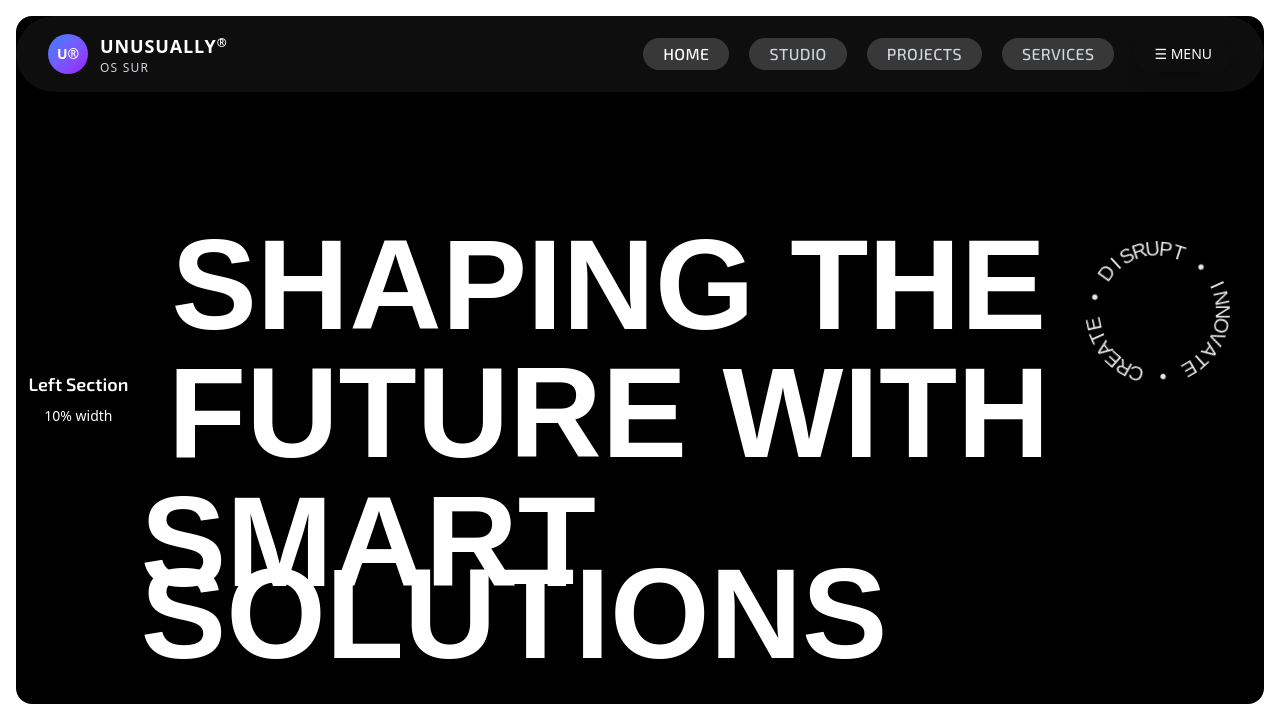
Repository: A-y-u-s-h-29/Digital-Express-India-With-Carrer-Page-And-RazorPay
Page: / (app in op/)
These files come from the project's save history. The page is drawn as it stood at one moment and after the next save; the edit follows.
The browser window is 1280 px wide. The pictures show the whole page.
Some web fonts or font styles are not loaded; a fallback is used. The project was rebuilt for these pictures with package versions that can differ from the ones it lists, and the page was loaded fresh each time. Also part of the build but not shown: op/vite.config.js.

Above is the page before, as saved 2025-12-04 15:31:39.

After the next save:
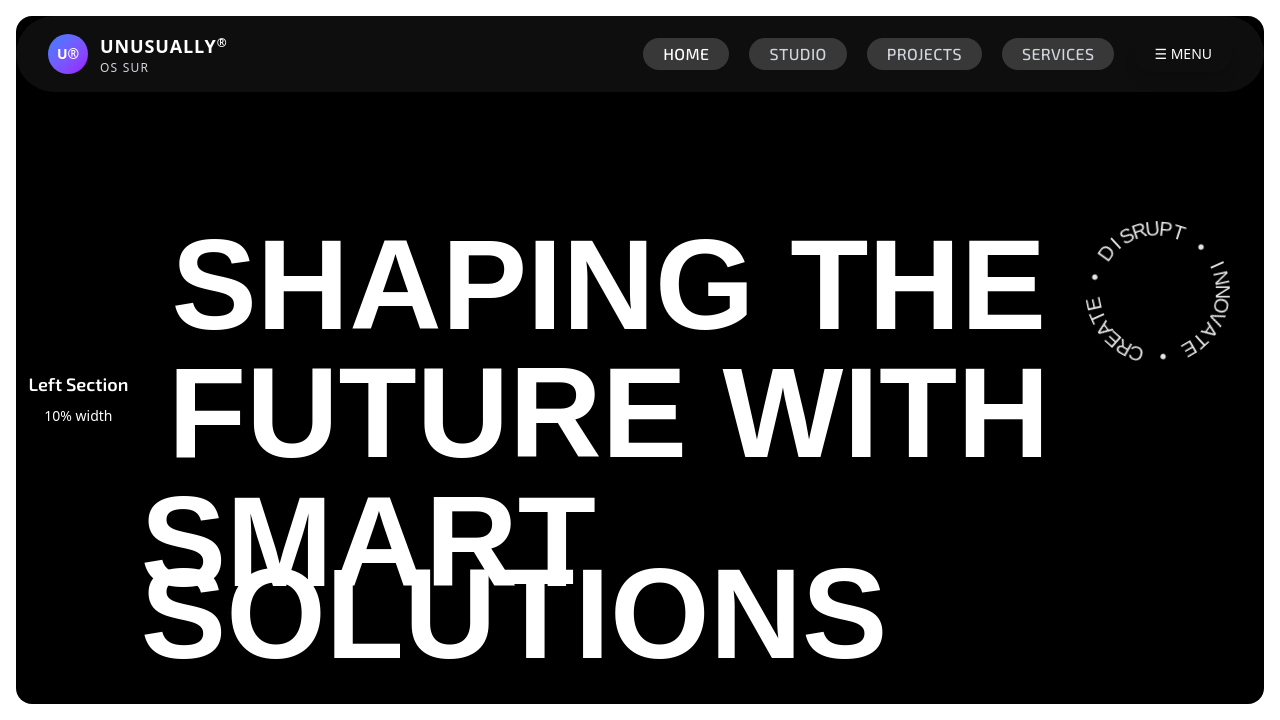
Saved 6 s later.
--- a/op/src/components/Home.jsx
+++ b/op/src/components/Home.jsx
@@ -52,7 +52,7 @@ function Home() {
           <div className="w-[15%] flex flex-col justify-center  ">
             {/* Vertical Circular Text */}
             <div className="relative h-full  ">
-              <button className="mt-5">
+              <button className="">
               <CircularText
                 text="INNOVATE • CREATE • DISRUPT • "
                 spinDuration={30}
